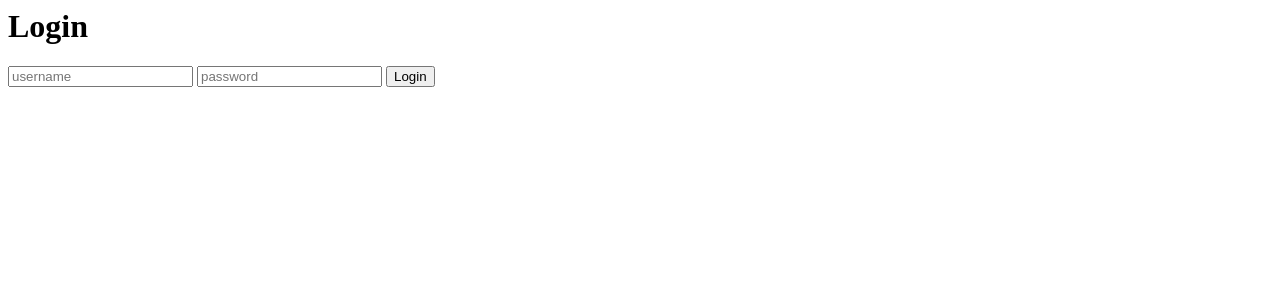
Repository: DevIvanVarela/the-web-developer-bootcamp
Page: http://localhost/login
The author's editor kept a record of every edit. The page is drawn from the files as they stood at one moment, then again after the next edit.
The browser window is 1280 px wide. The pictures show the whole page.
The page is served by the project's Node server (Authentication/AuthDemo/app.js).

Above is the page before.

After the next edit:
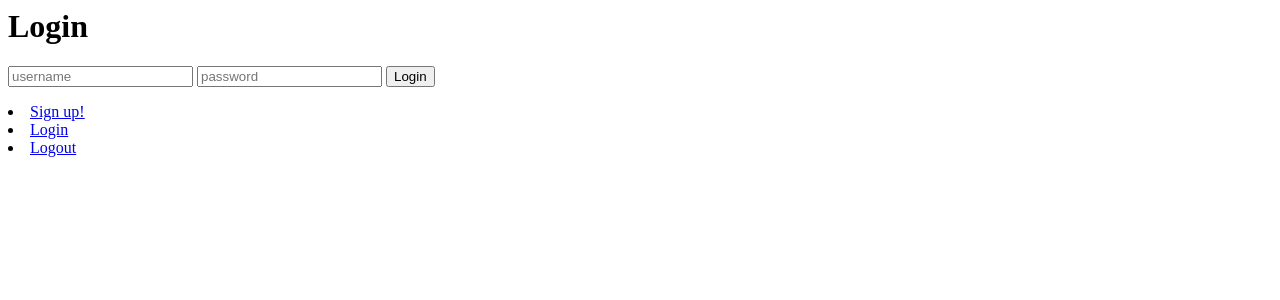
The edit:
--- a/workspace/Authentication/AuthDemo/views/login.ejs
+++ b/workspace/Authentication/AuthDemo/views/login.ejs
@@ -4,3 +4,7 @@
     <input type="password" placeholder="password" name="password">
     <button>Login</button>
 </form>
+
+<li><a href="/register">Sign up!</a></li>
+<li><a href="/login">Login</a></li>
+<li><a href="/logout">Logout</a></li>
